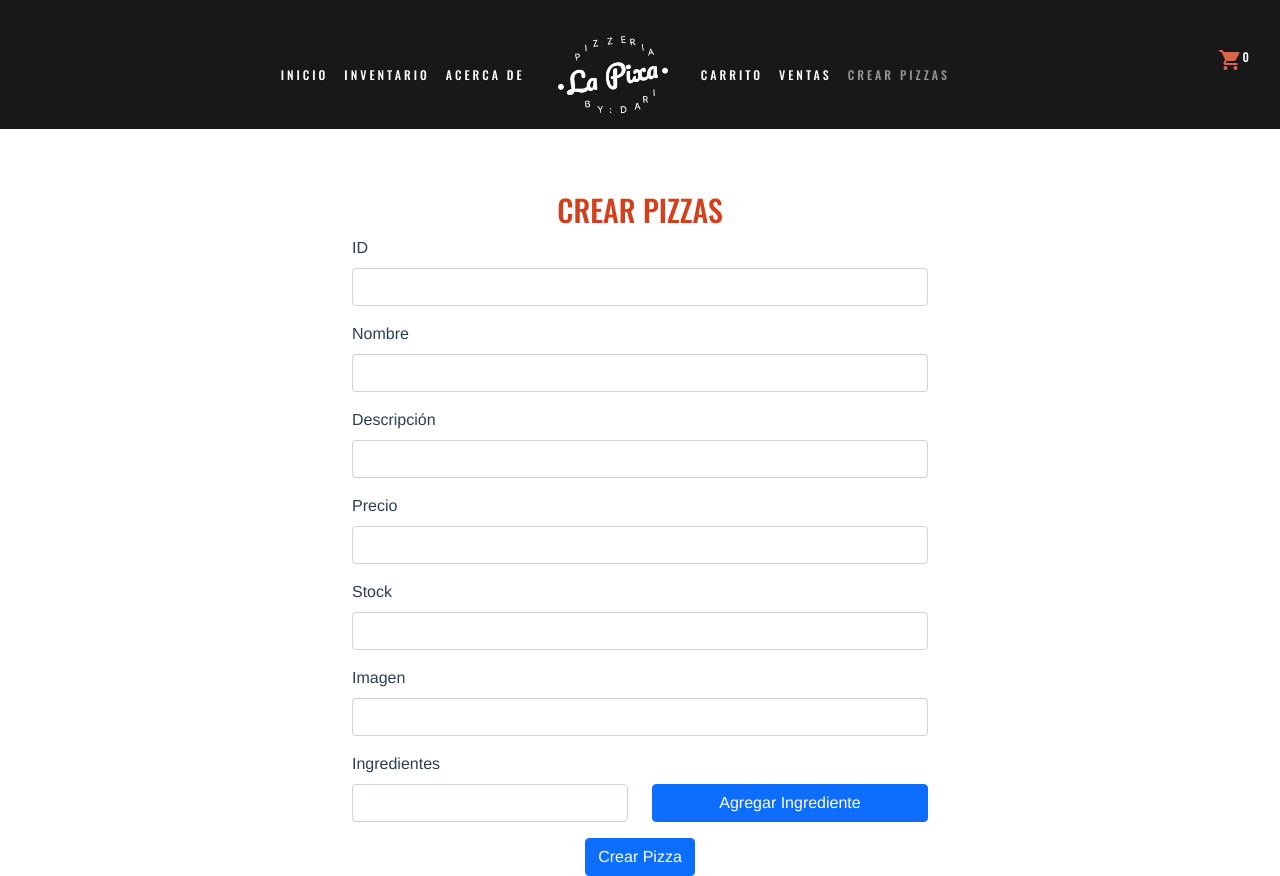
Repository: Darigo30/prueba-vue-dari-pizza
Page: /crearPizzas
An editor plug-in stored every save of this project. The page is shown before and after the next save, followed by the edit.
The browser window is 1280 px wide. The pictures show the whole page.
The project was rebuilt for these pictures with package versions that can differ from the ones it lists, and the page was loaded fresh each time. Also part of the build but not shown: src/views/Home.vue.

Above is the page before, as saved 2021-05-23 22:47:47.

After the next save:
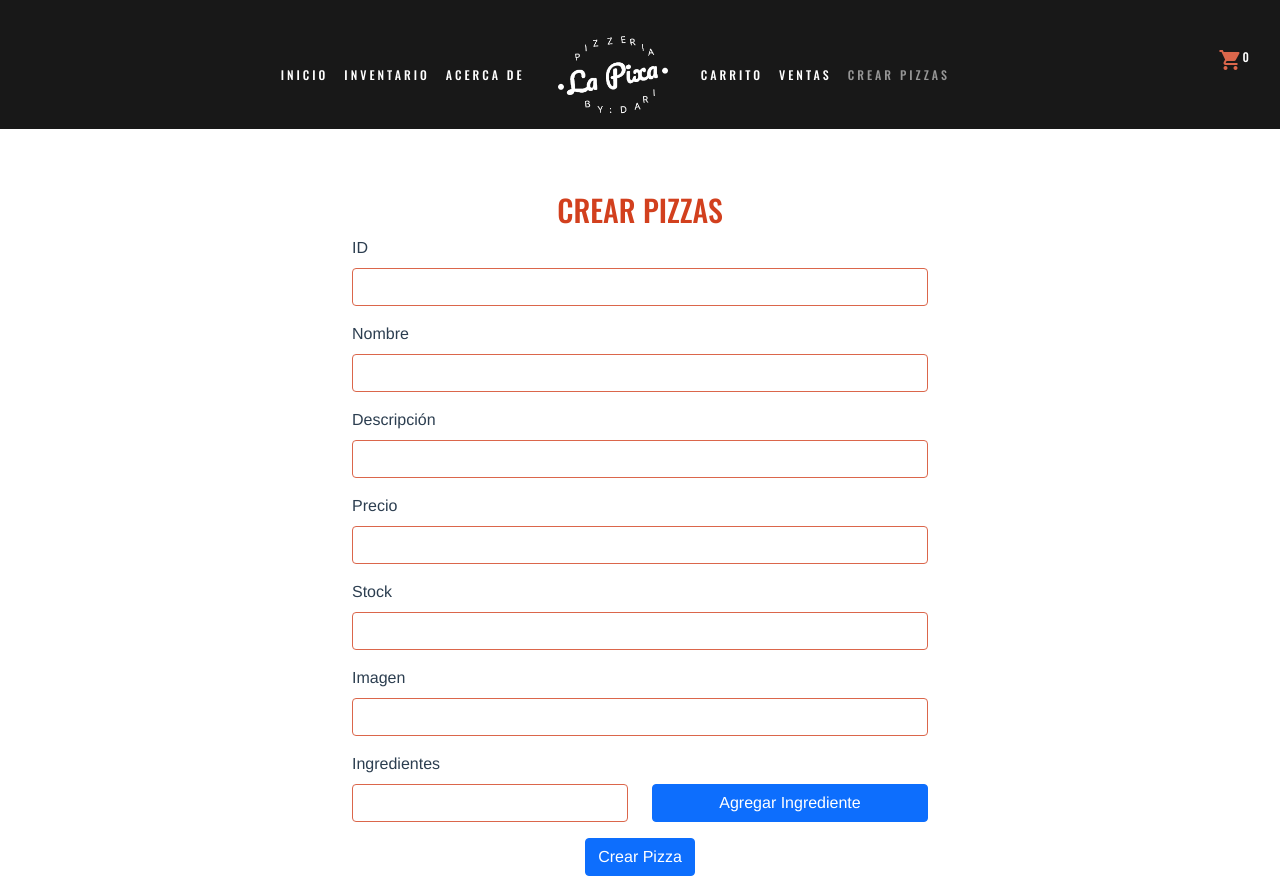
Saved 78 s later.
--- a/src/views/CrearPizzas.vue
+++ b/src/views/CrearPizzas.vue
@@ -6,33 +6,33 @@
 
           <div class="mb-3 text-start">
             <label class="form-label">ID</label>
-            <input type="text" class="form-control" v-model="pizza.id" />
+            <input type="text" class="form-control bord-fo" v-model="pizza.id" />
           </div>
           <div class="mb-3 text-start">
             <label class="form-label">Nombre</label>
-            <input type="text" class="form-control" v-model="pizza.name" />
+            <input type="text" class="form-control bord-fo" v-model="pizza.name" />
           </div>
           <div class="mb-3 text-start">
             <label class="form-label">Descripción</label>
-            <input type="text" class="form-control" v-model="pizza.desc" />
+            <input type="text" class="form-control bord-fo" v-model="pizza.desc" />
           </div>
           <div class="mb-3 text-start">
             <label class="form-label">Precio</label>
-            <input type="text" class="form-control" v-model="pizza.price" />
+            <input type="text" class="form-control bord-fo" v-model="pizza.price" />
           </div>
           <div class="mb-3 text-start">
             <label class="form-label">Stock</label>
-            <input type="text" class="form-control" v-model="pizza.stock" />
+            <input type="text" class="form-control bord-fo" v-model="pizza.stock" />
           </div>
           <div class="mb-3 text-start">
             <label class="form-label">Imagen</label>
-            <input type="text" class="form-control" v-model="pizza.img" />
+            <input type="text" class="form-control bord-fo" v-model="pizza.img" />
           </div>
           <div class="mb-3 text-start">
             <label class="form-label">Ingredientes</label>
             <div class="row">
                 <div class="col-sm-6">
-                    <input type="text"  v-model="ingrediente" class="form-control" />
+                    <input type="text"  v-model="ingrediente" class="form-control bord-fo" />
                 </div>
                 <div class="col-sm-6">
                     <button @click="agregarIngrediente(ingrediente)" class="btn btn-primary w-100">Agregar Ingrediente</button>
@@ -100,4 +100,7 @@ h1{
         width: 600px;
         margin: 0 auto;
     }
+    .bord-fo{
+        border: 1px solid #db664b;
+    }
 </style>
